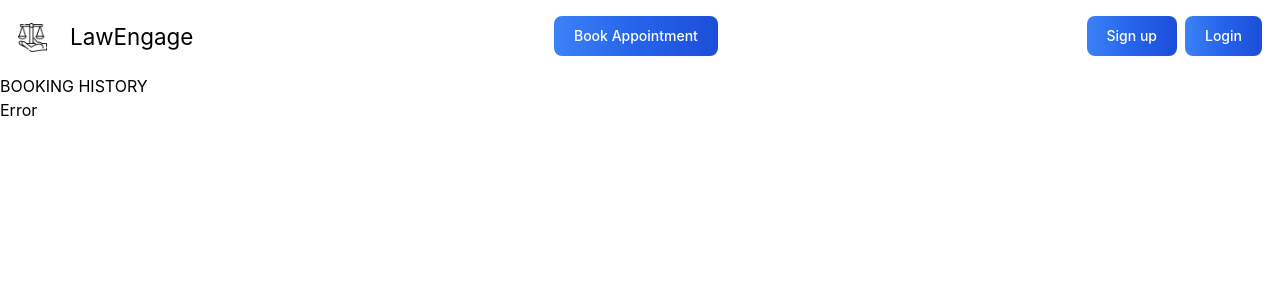
Repository: khushijain8/Lawyer-appointment-application
Page: /admin (app in frontend/)
The author's editor kept a copy of each file at every save. The page is drawn from the files as they stood at one save, then again after the next save.
The browser window is 1280 px wide. The pictures show the whole page.
The page's requests for data from a server got no answer. The project was rebuilt for these pictures with package versions that can differ from the ones it lists, and the page was loaded fresh each time. No one was signed in, and anything a server would have sent is missing. Also part of the build but not shown: frontend/src/App.css, frontend/src/components/Signup/Signup.css, frontend/src/components/Signup/Signup.jsx, frontend/src/components/Login/Login.css, frontend/src/components/Login/Login.jsx, frontend/src/components/LawyerContainer/LawyerContainer.css, frontend/src/components/LawyerContainer/LawyerContainer.jsx, frontend/src/components/Book/Book.jsx.

Above is the page before, as saved 2025-01-22 23:38:20.

After the next save:
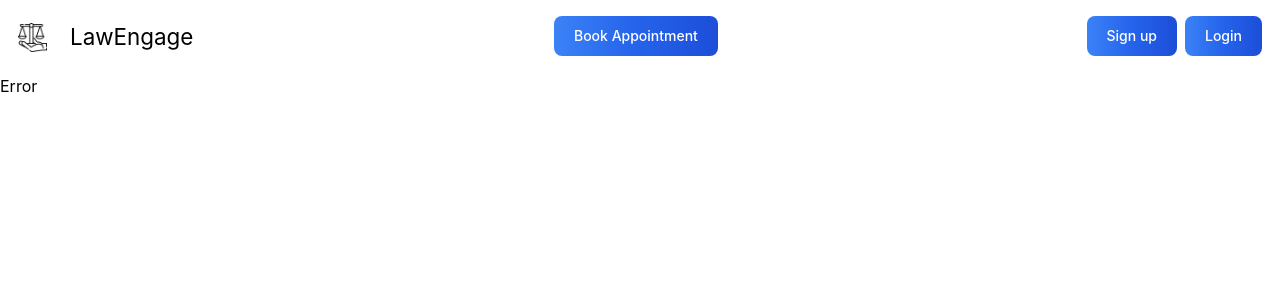
Saved 46 s later.
--- a/frontend/src/components/LawyerHistoryContainer/LawyerHistoryContainer.jsx
+++ b/frontend/src/components/LawyerHistoryContainer/LawyerHistoryContainer.jsx
@@ -11,7 +11,6 @@ const LawyerHistoryContainer = () => {
 
     return (
         <div>
-        <h2>BOOKING HISTORY</h2>
         {lawyers.loading &&<div>Loading...</div>}
         {!lawyers.loading && lawyers.error?<div>Error</div>:null}
         {!lawyers.loading && lawyers.lawyers.length?(
